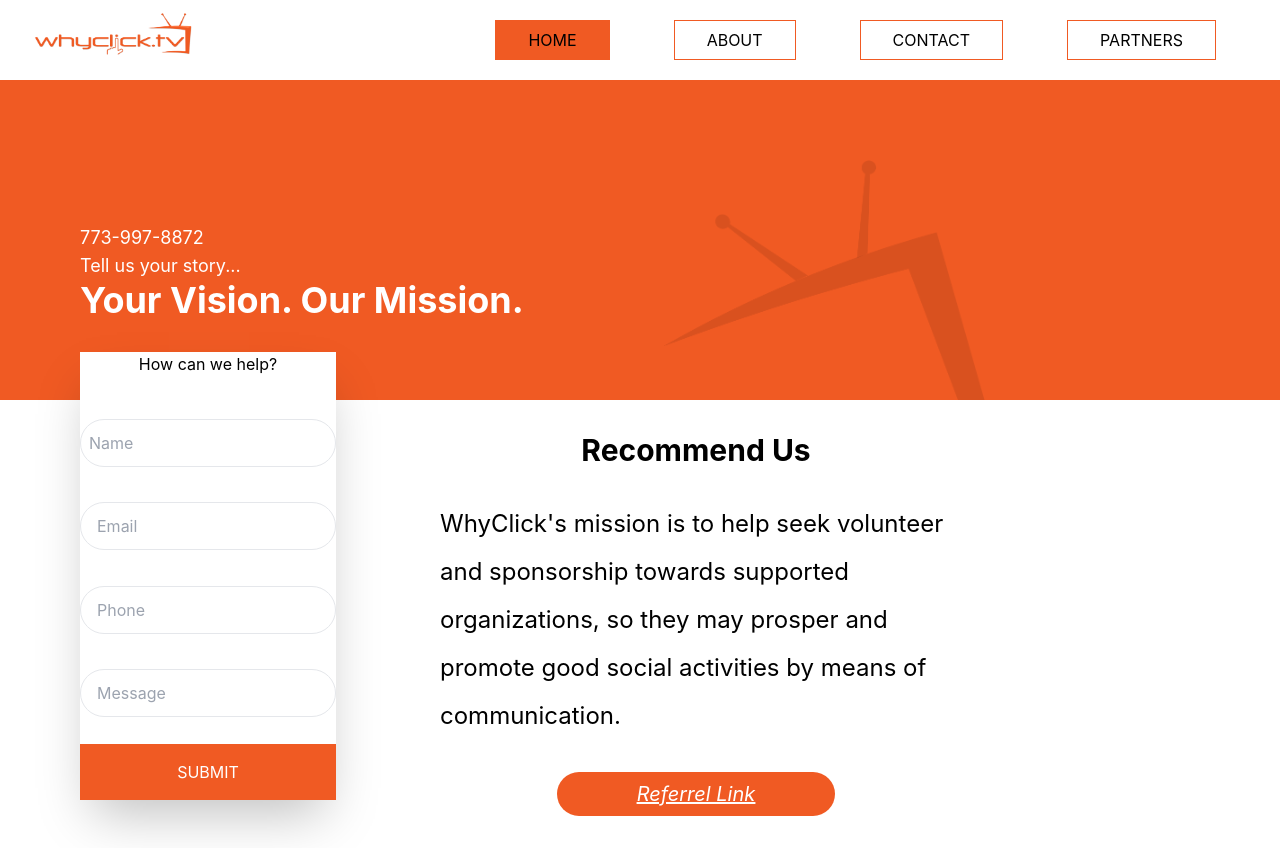
Repository: legenddev1202/whyclicktv
Page: /
An editor plug-in stored every save of this project. The page is shown before and after the next save, followed by the edit.
The browser window is 1280 px wide. The pictures show the whole page.
The project was rebuilt for these pictures with package versions that can differ from the ones it lists, and the page was loaded fresh each time. Also part of the build but not shown: src/pages/about.js, src/App.css.

Above is the page before, as saved 2022-03-31 08:35:33.

### src/index.css
@tailwind base;
@tailwind components;
@tailwind utilities;

body {
  margin: 0;
  font-family: -apple-system, BlinkMacSystemFont, "Segoe UI", "Roboto", "Oxygen",
    "Ubuntu", "Cantarell", "Fira Sans", "Droid Sans", "Helvetica Neue",
    sans-serif;
  -webkit-font-smoothing: antialiased;
  -moz-osx-font-smoothing: grayscale;
  height: 100%;
  min-height: 500px;
}

code {
  font-family: source-code-pro, Menlo, Monaco, Consolas, "Courier New",
    monospace;
}

### src/App.js
import { Routes, Route, Link } from "react-router-dom";
import Home from "./pages/home";
import About from "./pages/about";
import "./App.css";

function App() {
  return (
    <Routes>
      <Route path="/" element={<Home />} />
      <Route path="about" element={<About />} />
    </Routes>
  );
}

export default App;

### src/pages/home.js
import React from "react";
import { Routes, Route, Link } from "react-router-dom";

function Home() {
  return (
    <>
      <div className="bg-transparent w-full h-20 flex items-center px-8 justify-between">
        <div className="h-20">
          <img
            className="logo-icon h-full"
            src="assets/images/logos/logo.svg"
            alt="logo"
          />
        </div>
        <div className="">
          <button
            className="h-10 px-8 mx-8 border"
            style={{ borderColor: "#F05A23", backgroundColor: "#F05A23" }}
          >
            <Link to="/">HOME</Link>
          </button>
          <button
            className="h-10 px-8 mx-8 border"
            style={{ borderColor: "#F05A23" }}
          >
            <Link to="/about">ABOUT</Link>
          </button>
          <button
            className="h-10 px-8 mx-8 border"
            style={{ borderColor: "#F05A23" }}
          >
            <Link to="/contact">CONTACT</Link>
          </button>
          <button
            className="h-10 px-8 mx-8 border"
            style={{ borderColor: "#F05A23" }}
          >
            <Link to="/contact">PARTNERS</Link>
          </button>
        </div>
      </div>
      <div className="h-full w-full bg-slate-300">
        <div
          className="relative overflow-hidden"
          style={{ backgroundColor: "#F05A23" }}
        >
          <img
            className="logo-icon h-full absolute -bottom-20 right-72"
            src="assets/images/logos/tv-logo.png"
            alt="logo"
          />
          <div className="p-20 pt-36">
            <div className="text-lg text-white">773-997-8872</div>
            <div className="text-lg text-white">Tell us your story...</div>
            <div className="text-4xl font-bold text-white">
              Your Vision. Our Mission.
            </div>
          </div>
        </div>
      </div>
      <div className="w-full h-full p-8 pl-36 flex flex-col items-center justify-center relative">
        <div className="text-3xl font-bold">Recommend Us</div>
        <div className="text-2xl max-w-lg pt-8 leading-loose">
          WhyClick's mission is to help seek volunteer and sponsorship towards
          supported organizations, so they may prosper and promote good social
          activities by means of communication.
        </div>
        <button
          className="rounded-full italic p-2 px-20 text-white underline text-xl mt-8"
          style={{ backgroundColor: "#F05A23" }}
        >
          <Link to="/referrel">Referrel Link</Link>
        </button>
        <div className="w-1/5 h-full bg-white shadow-2xl absolute left-20 -top-12 flex flex-col justify-between items-center">
          <div>How can we help?</div>
          <div className="pt-4">
            <input
              className="border rounded-full w-full h-12 px-2"
              placeholder="Name"
            ></input>
          </div>
          <div className="pt-2">
            <input
              className="border rounded-full w-full h-12 px-4"
              placeholder="Email"
            ></input>
          </div>
          <div className="pt-2">
            <input
              className="border rounded-full w-full h-12 px-4"
              placeholder="Phone"
            ></input>
          </div>
          <div className="pt-2">
            <input
              className="border rounded-full w-full h-12 px-4"
              placeholder="Message"
            ></input>
          </div>
          <button
            className="w-full h-14 flex items-center justify-center text-white"
            style={{ backgroundColor: "#F05A23" }}
          >
            SUBMIT
          </button>
        </div>
      </div>
    </>
  );
}
export default Home;

Loaded but not shown: public/index.html (common file); src/index.js (common file); src/reportWebVitals.js (common file); tailwind.config.js (common file)

After the next save:
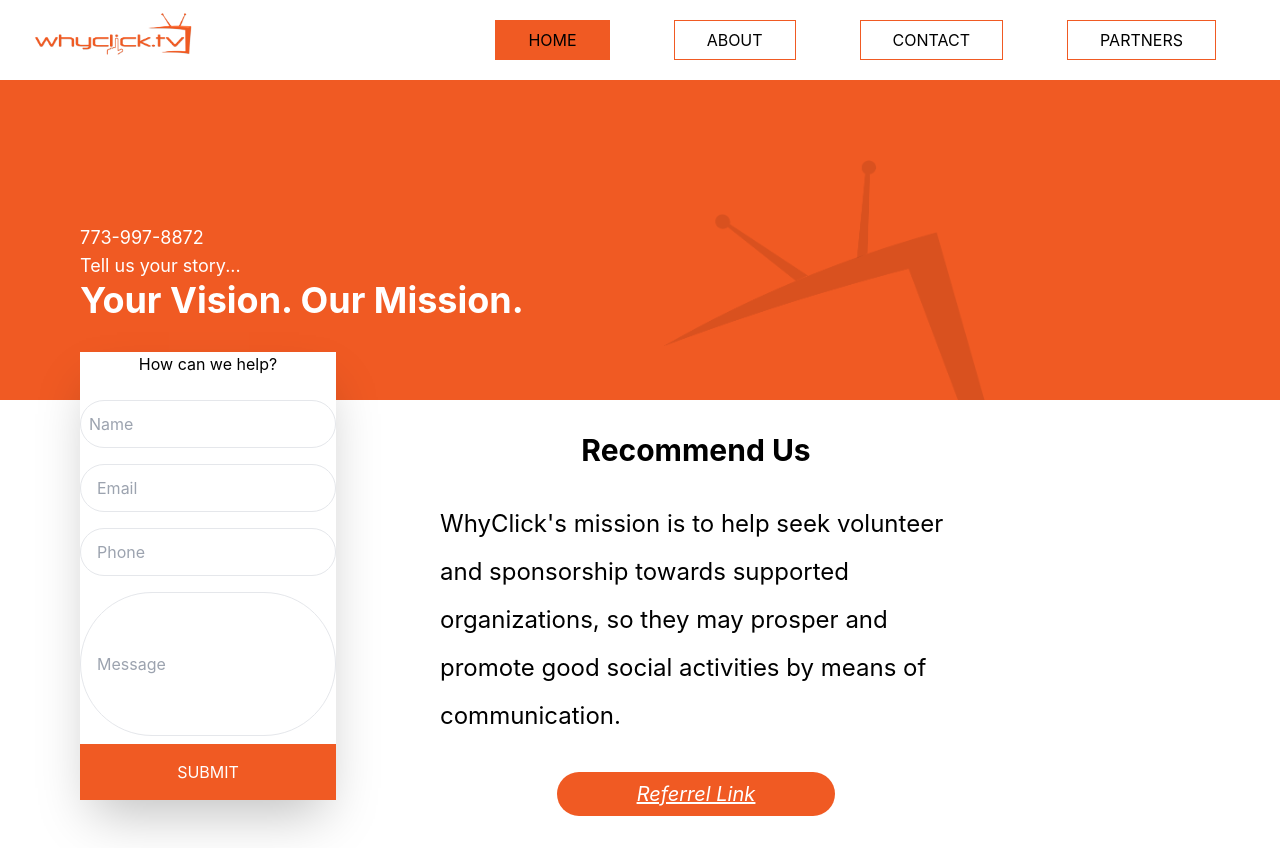
Saved 4 s later.
--- a/src/pages/home.js
+++ b/src/pages/home.js
@@ -93,7 +93,7 @@
           </div>
           <div className="pt-2">
             <input
-              className="border rounded-full w-full h-12 px-4"
+              className="border rounded-full w-full h-36 px-4"
               placeholder="Message"
             ></input>
           </div>
